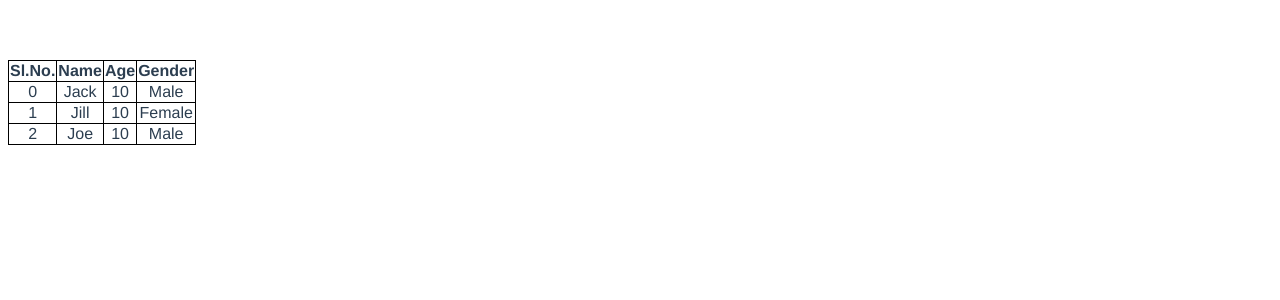
Repository: tysonpaul89/vue-student-crud
Page: /
These files come from the project's save history. The page is drawn as it stood at one moment and after the next save; the edit follows.
The browser window is 1280 px wide. The pictures show the whole page.
The project was rebuilt for these pictures with package versions that can differ from the ones it lists, and the page was loaded fresh each time.

Above is the page before, as saved 2020-04-10 16:59:36.

After the next save:
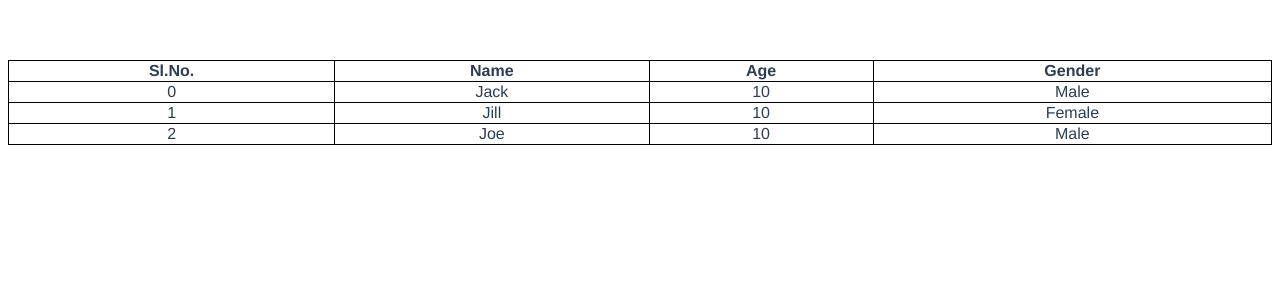
Saved 64 s later.
--- a/src/components/StudentListng.vue
+++ b/src/components/StudentListng.vue
@@ -38,13 +38,11 @@ export default {
 <style scoped>
     table {
         border-collapse: collapse;
+        width: 100%;
+        margin: 0 auto;
     }
 
     table, td, th{
         border: 1px solid black;
     }
-    .container {
-        width: 100%;
-        margin: 0 auto;
-    }
 </style>
